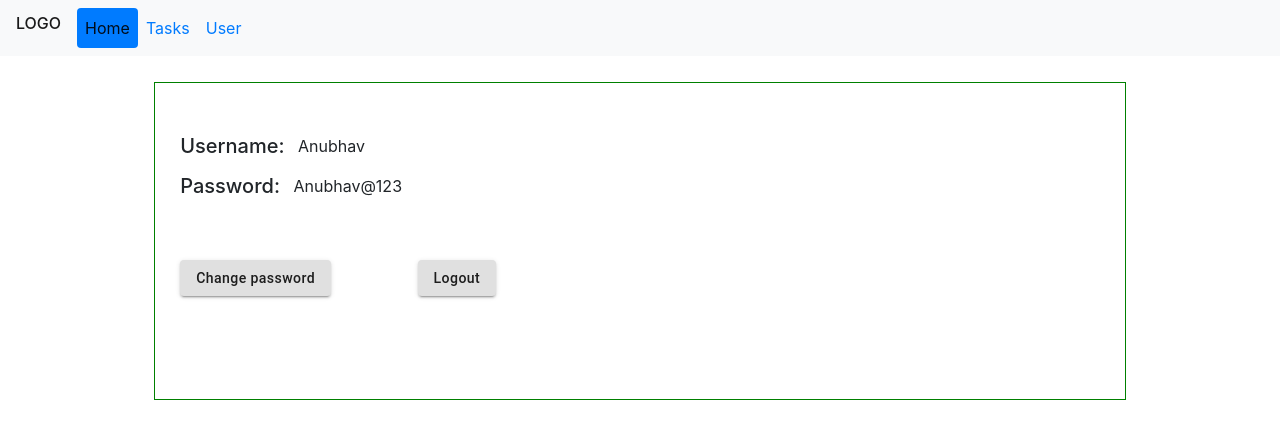
Repository: lalji-yadav/Nimapinfotech-demo-project
Page: /user
These files come from the project's save history. The page is drawn as it stood at one moment and after the next save; the edit follows.
The browser window is 1280 px wide. The pictures show the whole page.
The project was rebuilt for these pictures with package versions that can differ from the ones it lists, and the page was loaded fresh each time. Also part of the build but not shown: src/components/Home.js, src/components/Tasks.js, src/components/Login.js.

Above is the page before, as saved 2021-01-18 11:34:07.

### src/App.js
// import './App.css';
import Navbar from "./components/Navbars";
import Login from "./components/Login";


function App() {
  return (
    <div>

    {/* <Login /> */}
    <Navbar />
    </div>
  );
}

export default App;

### src/components/Navbars.js
import React from 'react';
import { Navbar,Nav,NavDropdown,Form,FormControl ,Button } from 'react-bootstrap';
import {
  BrowserRouter as Router,
  Switch,
  Route,
  Link
} from "react-router-dom";

import Home from "./Home";
import Tasks from "./Tasks";
import User from "./Users";
import Login from "./Login";


const Navbars=()=> {
        return (
            <div>

              <Router>
                  <Navbar bg="light" expand="lg">
                      <Navbar.Brand> <h6>LOGO</h6></Navbar.Brand>
                      <Navbar.Toggle aria-controls="basic-navbar-nav" />
                      <Navbar.Collapse id="basic-navbar-nav">
                      <Nav variant="pills" defaultActiveKey="/">
                        <Nav.Item>
                          <Nav.Link href="/">Home </Nav.Link>
                        </Nav.Item>
                        <Nav.Item>
                          <Nav.Link eventKey="link-1"> <Link to="/tasks"> Tasks </Link> </Nav.Link>
                        </Nav.Item>
                        <Nav.Item>
                          <Nav.Link eventKey="link-2">
                          <Link to="/user"> User </Link>
                          </Nav.Link>
                        </Nav.Item>
                      </Nav>
                      </Navbar.Collapse>
                    </Navbar>


                    <Switch>
                      <Route exact path="/" component={Home} />

                      <Route exact path="/user" component={User} />

                      <Route exact path="/tasks" component={Tasks} />

                      <Route exact path="/login" component={Login} />

                    </Switch>
             </Router>

            </div>
        );
    }

export default Navbars;

### src/components/Users.js
import React, {useState} from 'react';
import { Button } from "@material-ui/core";
import { useFormik } from 'formik';
import  "../App.css";
import { useHistory } from "react-router-dom";

const validate = values => {
    const errors = {};
    if (!values.password) {
      errors.password = 'Required';
    } else if (values.password.length <= 6 ) {
      errors.password = 'Password must be 6 characters or greater';
    }
    return errors;
  };

const User=()=> {

    const [values, setValues] = useState({
        username: 'Anubhav',
        password: 'Anubhav@123',
        text: 'Change password'
    })

    const changeHandler=(e)=> {
        setValues({
            username:'Anubhav',
            password:(`${formik.values.password}`),
            text: 'Save password',

        })
    }

    const formsubmit=()=> {
        if(values.text==='Save password') {
           setValues({
            username: 'Anubhav',
            password:(`${formik.values.password}`),
            text: 'Change password'
           })
        }
       console.log(`${formik.values.password}`)
     }

    const formik = useFormik({
        initialValues: {
          password: ''
        },
        validate,
      });

      let history = useHistory();
      const logoutSubmit=()=> {
        alert('Logout')
        history.push('/login')
    }

     return (
            <div style={{margin:"2% 12% 3% 12%", border:"1px solid green", padding:'4% 2% 8% 2%'}}>
                {
                    values.text=== 'Change password' ?
                     <div className=" col-sm-5">
                        <div className="row">
                        <h5>Username:</h5> &nbsp; &nbsp; <p>{values.username} </p>
                        </div>

                        <div className="row">
                         <h5>Password:</h5>  &nbsp; &nbsp; <p>{values.password} </p>
                        </div>
                    </div>
                     :
                        <div className="col-sm-5">
                            <div className="row">
                             <h5>Username:</h5>  &nbsp; &nbsp; <p>{values.username} </p>
                            </div>

                         <div className="row"> <h5>Password:</h5> &nbsp; &nbsp;
                           <input
                            id="password"
                            name="password"
                            type="text"
                            onChange={formik.handleChange}
                            onBlur={formik.handleBlur}
                            value={formik.values.password}
                            />
                            <p style={{color:'red', fontSize:"1vw"}}>
                            {formik.touched.password && formik.errors.password ? (
                                    <div>{formik.errors.password}</div>
                                ) : null}

                            </p>
                         </div>
                   </div>
                }

                <div className="row" style={{marginTop:"5%"}}>
                    <div className="col-sm-3">
                        <Button className="MuiButton-root" variant="contained"
                        onClick={(event) => { changeHandler(event); formsubmit(event);}}
                        style={{textTransform:'unset', fontSize:'1.1vw'}}
                        >{values.text}</Button>
                    </div>

                    <div className="col-sm-2">
                        <Button variant="contained" onClick={logoutSubmit}
                        style={{textTransform:'unset', fontSize:'1.1vw'}}
                        >Logout</Button>
                    </div>


                </div>
            </div>
        );
    }

export default User;

### src/App.css
.scroll-tab {
    height: 55vh;
    margin: 3% 3% 5% 3%;
    overflow-y: scroll;
    border: "1px solid red";
}
::-webkit-scrollbar{
    width: 12px;
    height: 12px;
}
::-webkit-scrollbar-track {
    box-shadow: inset 0 0 10px #4A4A4A;
    border-radius: 10px;
    }

    ::-webkit-scrollbar-thumb {
    border-radius: 10px;
    background: #4A4A4A;
}

.MuiButton-root {
    text-transform:lowercase;
}

Loaded but not shown: public/index.html (common file); src/index.js (common file); src/index.css (common file); src/reportWebVitals.js (common file)

After the next save:
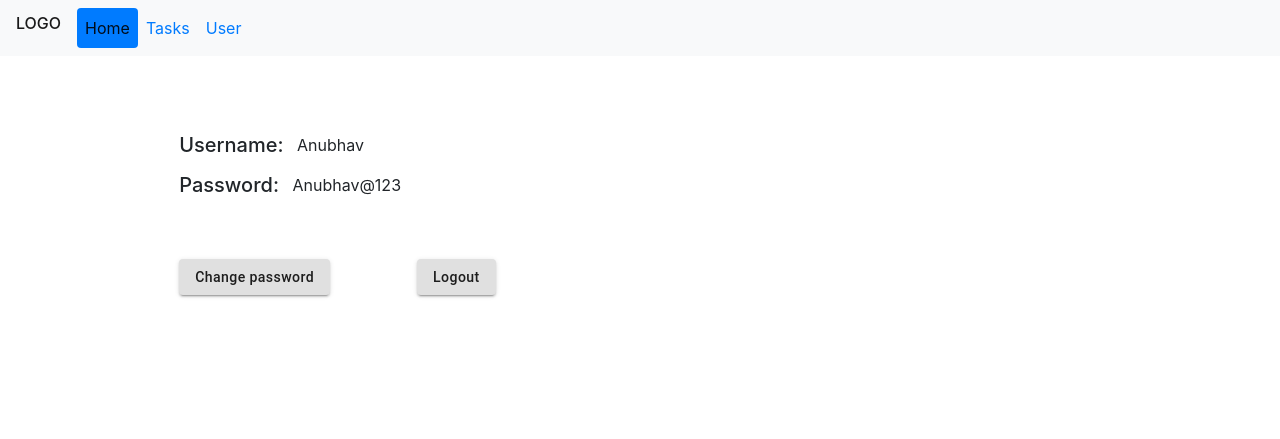
Saved 2 min 3 s later.
--- a/src/components/Users.js
+++ b/src/components/Users.js
@@ -56,7 +56,7 @@ const User=()=> {
     }
 
      return (
-            <div style={{margin:"2% 12% 3% 12%", border:"1px solid green", padding:'4% 2% 8% 2%'}}>
+            <div style={{margin:"2% 12% 3% 12%", padding:'4% 2% 8% 2%'}}>
                 {
                     values.text=== 'Change password' ?
                      <div className=" col-sm-5">
